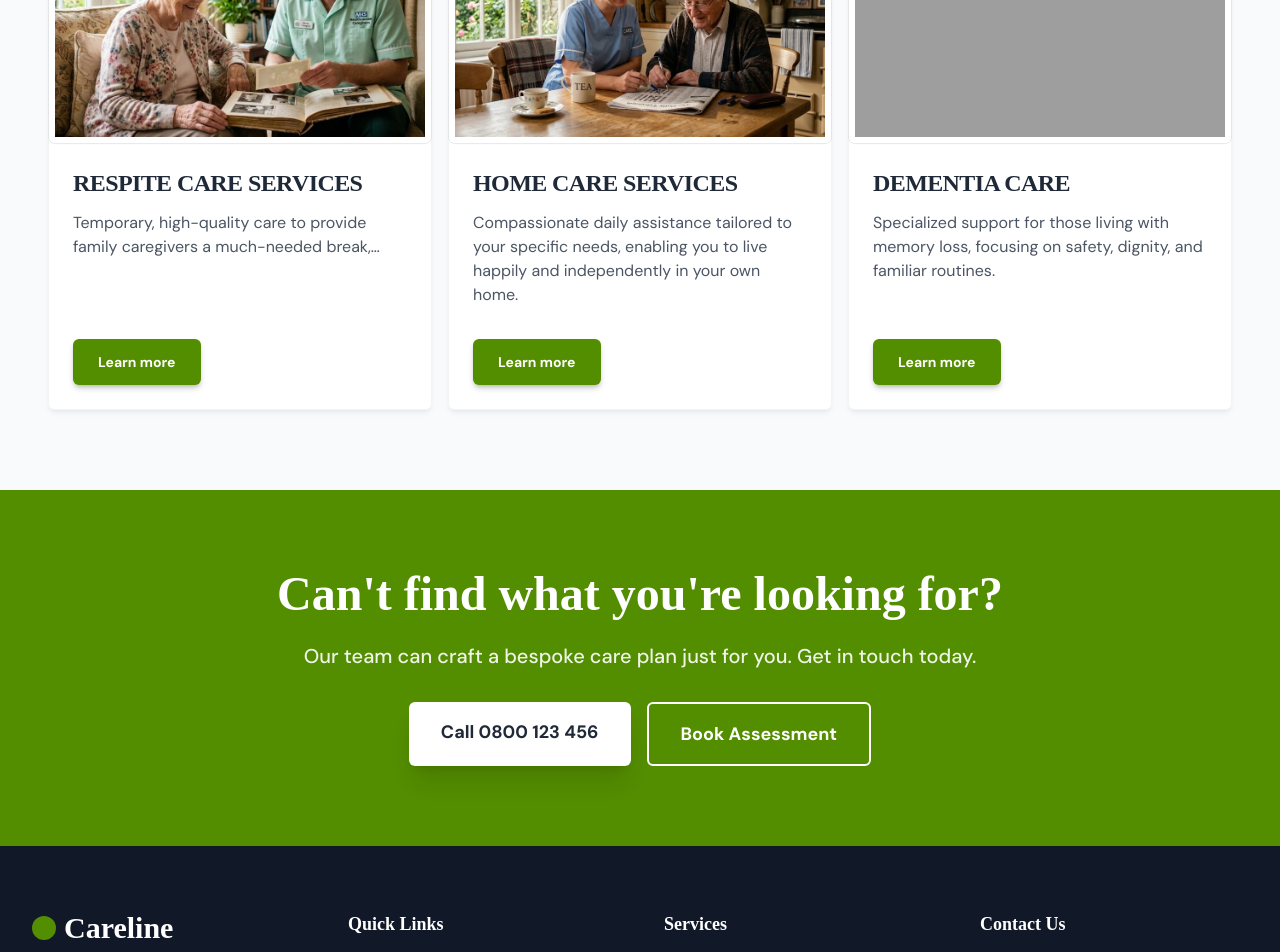
Repository: Iqbalhossen07/care
Page: http://localhost/services.php
These files come from the project's save history. The page is drawn as it stood at one moment and after the next save; the edit follows.
The browser window is 1280 px wide. The pictures show the part of the page from y = 525 to 1477 px (the page is 1760 px tall before and 1736 px after).
Pictures or frames that could not be fetched are drawn as grey boxes. Some web fonts or font styles are not loaded; a fallback is used. Some web libraries are served in a nearby version. The page is run by PHP 8.4 with error messages shown; the project is at /var/www/html/.

Above is the page before, as saved 2026-02-28 03:47:17.

### services.php
<?php include('head.php') ?>

<body class="font-body text-gray-600 antialiased bg-white">
    <?php include('header.php') ?>

    <section class="relative h-[250px] flex items-center overflow-hidden bg-darkText">
        <div class="absolute inset-0 z-0">
            <img src="https://images.unsplash.com/photo-1586762524442-db59706294ad?auto=format&fit=crop&w=1500&q=80"
                class="w-full h-full object-cover opacity-40" alt="Services Background">
            <div class="absolute inset-0 bg-gradient-to-r from-darkText via-darkText/80 to-transparent"></div>
        </div>

        <div class="max-w-7xl mx-auto px-6 lg:px-12 relative z-10 w-full">
            <nav class="flex mb-4" aria-label="Breadcrumb">
                <ol class="inline-flex items-center space-x-1 md:space-x-3 text-sm font-medium">
                    <li class="inline-flex items-center">
                        <a href="index.php"
                            class="text-gray-300 hover:text-brand transition-colors flex items-center gap-2">
                            <svg class="w-4 h-4" fill="currentColor" viewBox="0 0 20 20">
                                <path
                                    d="M10.707 2.293a1 1 0 00-1.414 0l-7 7a1 1 0 001.414 1.414L4 10.414V17a1 1 0 001 1h2a1 1 0 001-1v-2a1 1 0 011-1h2a1 1 0 011 1v2a1 1 0 001 1h2a1 1 0 001-1v-6.586l.293.293a1 1 0 001.414-1.414l-7-7z">
                                </path>
                            </svg>
                            Home
                        </a>
                    </li>
                    <li>
                        <div class="flex items-center">
                            <svg class="w-6 h-6 text-gray-500" fill="currentColor" viewBox="0 0 20 20">
                                <path fill-rule="evenodd"
                                    d="M7.293 14.707a1 1 0 010-1.414L10.586 10 7.293 6.707a1 1 0 011.414-1.414l4 4a1 1 0 010 1.414l-4 4a1 1 0 01-1.414 0z"
                                    clip-rule="evenodd"></path>
                            </svg>
                            <span class="ml-1 md:ml-2 text-brand font-bold uppercase tracking-widest">Our
                                Services</span>
                        </div>
                    </li>
                </ol>
            </nav>
            <h1 class="font-heading text-4xl md:text-5xl font-bold text-white mb-2">Our Specialist Services</h1>
            <p class="text-gray-300 text-lg max-w-2xl">Premium, compassionate care tailored to your everyday life,
                ensuring independence at home.</p>
        </div>
    </section>

    <section class="py-20 bg-lightBg">
        <div class="max-w-7xl mx-auto px-6 lg:px-12">
            <div class="grid grid-cols-1 md:grid-cols-2 lg:grid-cols-3 gap-8 md:gap-4">

                <div
                    class="bg-white rounded-md border border-gray-100 shadow-md shadow-black/5 hover:shadow-xl hover:shadow-black/10 transition-all duration-300 group flex flex-col">
                    <div
                        class="relative h-64 rounded-md overflow-hidden border-[6px] border-white shadow-sm ring-1 ring-black/5 ">
                        <img src="img/s1.jpg" alt="Respite Care"
                            class="w-full h-full object-cover transition-transform duration-700 group-hover:scale-110">
                        <div
                            class="absolute inset-0 bg-gradient-to-t from-darkText/40 to-transparent opacity-0 group-hover:opacity-100 transition-opacity duration-300">
                        </div>
                    </div>
                    <div class="flex-1 flex flex-col p-6">
                        <h3 class="font-heading text-2xl font-bold text-darkText mb-3 uppercase tracking-tight">Respite
                            Care Services</h3>
                        <p class="text-gray-600 mb-8 text-sm md:text-base leading-relaxed line-clamp-2">
                            Temporary, high-quality care to provide family caregivers a much-needed break, ensuring your
                            loved ones remain safe and comfortable.
                        </p>
                        <a href="service-details.php"
                            class="mt-auto self-start inline-flex items-center justify-center px-6 py-3 border border-transparent text-sm font-bold rounded-md text-white bg-brand hover:bg-brandDark shadow-md shadow-black/20 hover:shadow-lg hover:shadow-black/30 transition-all duration-300 transform hover:-translate-y-1">
                            Learn more
                        </a>
                    </div>
                </div>

                <div
                    class="bg-white rounded-md border border-gray-100 shadow-md shadow-black/5 hover:shadow-xl hover:shadow-black/10 transition-all duration-300 group flex flex-col">
                    <div
                        class="relative h-64 rounded-md overflow-hidden border-[6px] border-white shadow-sm ring-1 ring-black/5 ">
                        <img src="img/s2.jpg" alt="Home Care"
                            class="w-full h-full object-cover transition-transform duration-700 group-hover:scale-110">
                        <div
                            class="absolute inset-0 bg-gradient-to-t from-darkText/40 to-transparent opacity-0 group-hover:opacity-100 transition-opacity duration-300">
                        </div>
                    </div>
                    <div class="flex-1 flex flex-col p-6">
                        <h3 class="font-heading text-2xl font-bold text-darkText mb-3 uppercase tracking-tight">Home
                            Care Services</h3>
                        <p class="text-gray-600 mb-8 text-sm md:text-base leading-relaxed flex-1">
                            Compassionate daily assistance tailored to your specific needs, enabling you to live happily
                            and independently in your own home.
                        </p>
                        <a href="service-details.php"
                            class="mt-auto self-start inline-flex items-center justify-center px-6 py-3 border border-transparent text-sm font-bold rounded-md text-white bg-brand hover:bg-brandDark shadow-md shadow-black/20 hover:shadow-lg hover:shadow-black/30 transition-all duration-300 transform hover:-translate-y-1">
                            Learn more
                        </a>
                    </div>
                </div>

                <div
                    class="bg-white rounded-md border border-gray-100 shadow-md shadow-black/5 hover:shadow-xl hover:shadow-black/10 transition-all duration-300 group flex flex-col">
                    <div
                        class="relative h-64 rounded-md overflow-hidden border-[6px] border-white shadow-sm ring-1 ring-black/5 ">
                        <img src="https://images.unsplash.com/photo-1581578731548-c64695cc6952?auto=format&fit=crop&w=800&q=80"
                            alt="Dementia Care"
                            class="w-full h-full object-cover transition-transform duration-700 group-hover:scale-110">
                        <div
                            class="absolute inset-0 bg-gradient-to-t from-darkText/40 to-transparent opacity-0 group-hover:opacity-100 transition-opacity duration-300">
                        </div>
                    </div>
                    <div class="flex-1 flex flex-col p-6">
                        <h3 class="font-heading text-2xl font-bold text-darkText mb-3 uppercase tracking-tight">Dementia
                            Care</h3>
                        <p class="text-gray-600 mb-8 text-sm md:text-base leading-relaxed flex-1">
                            Specialized support for those living with memory loss, focusing on safety, dignity, and
                            familiar routines.
                        </p>
                        <a href="service-details.php"
                            class="mt-auto self-start inline-flex items-center justify-center px-6 py-3 border border-transparent text-sm font-bold rounded-md text-white bg-brand hover:bg-brandDark shadow-md shadow-black/20 hover:shadow-lg hover:shadow-black/30 transition-all duration-300 transform hover:-translate-y-1">
                            Learn more
                        </a>
                    </div>
                </div>

            </div>
        </div>
    </section>

    <section class="py-20 bg-brand text-center px-6">
        <div class="max-w-3xl mx-auto">
            <h2 class="font-heading text-3xl md:text-5xl font-bold text-white mb-6">Can't find what you're looking for?
            </h2>
            <p class="text-white/90 text-xl mb-8 font-medium">Our team can craft a bespoke care plan just for you. Get
                in touch today.</p>
            <div class="flex flex-col sm:flex-row justify-center gap-4">
                <a href="tel:0800123456"
                    class="bg-white text-darkText px-8 py-4 rounded-md font-bold text-lg hover:bg-gray-100 transition-colors shadow-xl shadow-black/10 transform hover:-translate-y-1 duration-300">
                    Call 0800 123 456
                </a>
                <a href="contact.php"
                    class="border-2 border-white text-white px-8 py-4 rounded-md font-bold text-lg hover:bg-white hover:text-brand transition-colors transform hover:-translate-y-1 duration-300">
                    Book Assessment
                </a>
            </div>
        </div>
    </section>

    <?php include('footer.php') ?>

    <script src="main.js"></script>
</body>

</html>

### head.php
<!DOCTYPE html>
<html lang="en" class="scroll-smooth">

<head>
    <meta charset="UTF-8">
    <meta name="viewport" content="width=device-width, initial-scale=1.0">
    <title>Careline | Premium UK Home Support</title>
    <link
        href="https://fonts.googleapis.com/css2?family=DM+Sans:wght@400;500;700&family=PT+Serif:ital,wght@0,400;0,700;1,400&display=swap"
        rel="stylesheet">
    <script src="https://cdn.tailwindcss.com"></script>
    <script>
    tailwind.config = {
        theme: {
            extend: {
                colors: {
                    brand: '#538d00',
                    brandDark: '#7ab81f',
                    darkText: '#1f2937',
                    lightBg: '#f9fafb'
                },
                fontFamily: {
                    heading: ['"PT Serif"', 'serif'],
                    body: ['"DM Sans"', 'sans-serif'],
                }
            }
        }
    }
    </script>

    <link rel="stylesheet" href="style.css?v=<?= time(); ?>">
</head>

### header.php
 <header class="bg-white/95 backdrop-blur-sm border-b border-gray-100 sticky top-0 z-50">
     <div class="max-w-7xl mx-auto px-4 sm:px-6 lg:px-8">
         <div class="flex justify-between items-center h-20">
             <a href="#" class="font-heading font-bold text-3xl text-darkText flex items-center gap-2">
                 <span class="w-8 h-8 rounded-full bg-brand inline-block shadow-md"></span>
                 Careline
             </a>

             <nav class="hidden md:flex space-x-8 items-center">
                 <a href="#home" class="text-gray-700 hover:text-brand font-medium transition-colors">Home</a>
                 <a href="#about" class="text-gray-700 hover:text-brand font-medium transition-colors">About Us</a>
                 <a href="services.php"
                     class="text-gray-700 hover:text-brand font-medium transition-colors">Services</a>
                 <a href="#why-us" class="text-gray-700 hover:text-brand font-medium transition-colors">Why Us</a>
                 <a href="#contact"
                     class="bg-brand text-white px-6 py-2.5 rounded-md font-bold hover:bg-brandDark shadow-md shadow-black/20 hover:shadow-lg hover:shadow-black/30 transition-all duration-300 transform hover:-translate-y-1">
                     Get Support
                 </a>
             </nav>

             <div class="md:hidden flex items-center">
                 <button id="mobile-menu-btn" class="text-gray-700 hover:text-brand focus:outline-none p-2">
                     <svg class="h-7 w-7" fill="none" viewBox="0 0 24 24" stroke="currentColor">
                         <path id="menu-icon" stroke-linecap="round" stroke-linejoin="round" stroke-width="2"
                             d="M4 6h16M4 12h16M4 18h16" />
                     </svg>
                 </button>
             </div>
         </div>
     </div>

     <div id="mobile-menu" class="hidden md:hidden bg-white border-t border-gray-100 absolute w-full shadow-xl">
         <div class="px-4 pt-2 pb-6 space-y-2">
             <a href="#home"
                 class="block px-3 py-3 text-base font-medium text-gray-700 hover:text-brand hover:bg-lightBg rounded-lg">Home</a>
             <a href="#about"
                 class="block px-3 py-3 text-base font-medium text-gray-700 hover:text-brand hover:bg-lightBg rounded-lg">About
                 Us</a>
             <a href="services.php"
                 class="block px-3 py-3 text-base font-medium text-gray-700 hover:text-brand hover:bg-lightBg rounded-lg">Services</a>
             <a href="#why-us"
                 class="block px-3 py-3 text-base font-medium text-gray-700 hover:text-brand hover:bg-lightBg rounded-lg">Why
                 Us</a>
             <a href="#contact"
                 class="block px-3 py-2 text-base font-bold text-white bg-brand text-center rounded-lg mt-4 shadow-md shadow-black/20 hover:shadow-lg hover:shadow-black/30 transition-all duration-300 transform hover:-translate-y-1">Get
                 Support</a>
         </div>
     </div>
 </header>

### footer.php
  <footer class="bg-[#111827] text-gray-300 py-16">
      <div class="max-w-7xl mx-auto px-6 lg:px-8">
          <div class="grid grid-cols-1 md:grid-cols-4 gap-12 border-b border-gray-800 pb-12 mb-8">
              <div class="col-span-1 md:col-span-1">
                  <a href="#" class="font-heading font-bold text-3xl text-white flex items-center gap-2 mb-4">
                      <span class="w-6 h-6 rounded-full bg-brand inline-block"></span>
                      Careline
                  </a>
                  <p class="text-sm text-gray-400 mb-6">Premium home support helping families across the United
                      Kingdom maintain independence and joy.</p>
              </div>

              <div>
                  <h4 class="text-white font-bold font-heading mb-4 text-lg">Quick Links</h4>
                  <ul class="space-y-3 text-sm">
                      <li><a href="#about" class="hover:text-brand transition-colors">About Us</a></li>
                      <li><a href="#services" class="hover:text-brand transition-colors">Our Services</a></li>
                      <li><a href="#" class="hover:text-brand transition-colors">Careers</a></li>
                      <li><a href="#" class="hover:text-brand transition-colors">Contact</a></li>
                  </ul>
              </div>

              <div>
                  <h4 class="text-white font-bold font-heading mb-4 text-lg">Services</h4>
                  <ul class="space-y-3 text-sm">
                      <li><a href="#" class="hover:text-brand transition-colors">Personal Care</a></li>
                      <li><a href="#" class="hover:text-brand transition-colors">Dementia Care</a></li>
                      <li><a href="#" class="hover:text-brand transition-colors">Live-in Care</a></li>
                      <li><a href="#" class="hover:text-brand transition-colors">Respite Care</a></li>
                  </ul>
              </div>

              <div>
                  <h4 class="text-white font-bold font-heading mb-4 text-lg">Contact Us</h4>
                  <ul class="space-y-3 text-sm">
                      <li class="flex items-center gap-2"><svg class="w-4 h-4 text-brand" fill="none"
                              stroke="currentColor" viewBox="0 0 24 24">
                              <path stroke-linecap="round" stroke-linejoin="round" stroke-width="2"
                                  d="M3 5a2 2 0 012-2h3.28a1 1 0 01.948.684l1.498 4.493a1 1 0 01-.502 1.21l-2.257 1.13a11.042 11.042 0 005.516 5.516l1.13-2.257a1 1 0 011.21-.502l4.493 1.498a1 1 0 01.684.949V19a2 2 0 01-2 2h-1C9.716 21 3 14.284 3 6V5z" />
                          </svg> 0800 123 456</li>
                      <li class="flex items-center gap-2"><svg class="w-4 h-4 text-brand" fill="none"
                              stroke="currentColor" viewBox="0 0 24 24">
                              <path stroke-linecap="round" stroke-linejoin="round" stroke-width="2"
                                  d="M3 8l7.89 5.26a2 2 0 002.22 0L21 8M5 19h14a2 2 0 002-2V7a2 2 0 00-2-2H5a2 2 0 00-2 2v10a2 2 0 002 2z" />
                          </svg> hello@careline.co.uk</li>
                      <li class="flex items-center gap-2"><svg class="w-4 h-4 text-brand" fill="none"
                              stroke="currentColor" viewBox="0 0 24 24">
                              <path stroke-linecap="round" stroke-linejoin="round" stroke-width="2"
                                  d="M17.657 16.657L13.414 20.9a1.998 1.998 0 01-2.827 0l-4.244-4.243a8 8 0 1111.314 0z" />
                              <path stroke-linecap="round" stroke-linejoin="round" stroke-width="2"
                                  d="M15 11a3 3 0 11-6 0 3 3 0 016 0z" />
                          </svg> London, United Kingdom</li>
                  </ul>
              </div>
          </div>

          <div class="flex flex-col md:flex-row justify-between items-center text-sm text-gray-500">
              <p>&copy; 2026 Careline UK. All rights reserved.</p>
              <div class="flex space-x-4 mt-4 md:mt-0">
                  <a href="#" class="hover:text-white transition-colors">Privacy Policy</a>
                  <a href="#" class="hover:text-white transition-colors">Terms of Service</a>
              </div>
              <p class="text-xs text-gray-600 mt-4 md:mt-0">Crafted with care by Sets Tech</p>
          </div>
      </div>
  </footer>

### style.css
@keyframes scroll-left {
  0% {
    transform: translateX(0);
  }

  100% {
    transform: translateX(-50%);
  }
}

.animate-marquee {
  display: flex;
  width: max-content;
  animation: scroll-left 60s linear infinite;
}

.animate-marquee:hover {
  animation-play-state: paused;
  /* Pause on hover so users can read */
}

.description {
  display: -webkit-box;
  -webkit-line-clamp: 2; /* কয় লাইন দেখাবে */
  -webkit-box-orient: vertical;
  overflow: hidden; /* এটি না থাকলে বাকি লেখাগুলো নিচে দেখা যাবে */
}

### main.js

    const btn = document.getElementById('mobile-menu-btn');
    const menu = document.getElementById('mobile-menu');
    const icon = document.getElementById('menu-icon');

    btn.addEventListener('click', () => {
        menu.classList.toggle('hidden');
        // Toggle hamburger / close icon
        if (menu.classList.contains('hidden')) {
            icon.setAttribute('d', 'M4 6h16M4 12h16M4 18h16');
        } else {
            icon.setAttribute('d', 'M6 18L18 6M6 6l12 12');
        }
    });

    // Close mobile menu when a link is clicked
    const mobileLinks = menu.querySelectorAll('a');
    mobileLinks.forEach(link => {
        link.addEventListener('click', () => {
            menu.classList.add('hidden');
            icon.setAttribute('d', 'M4 6h16M4 12h16M4 18h16');
        });
    });

After the next save:
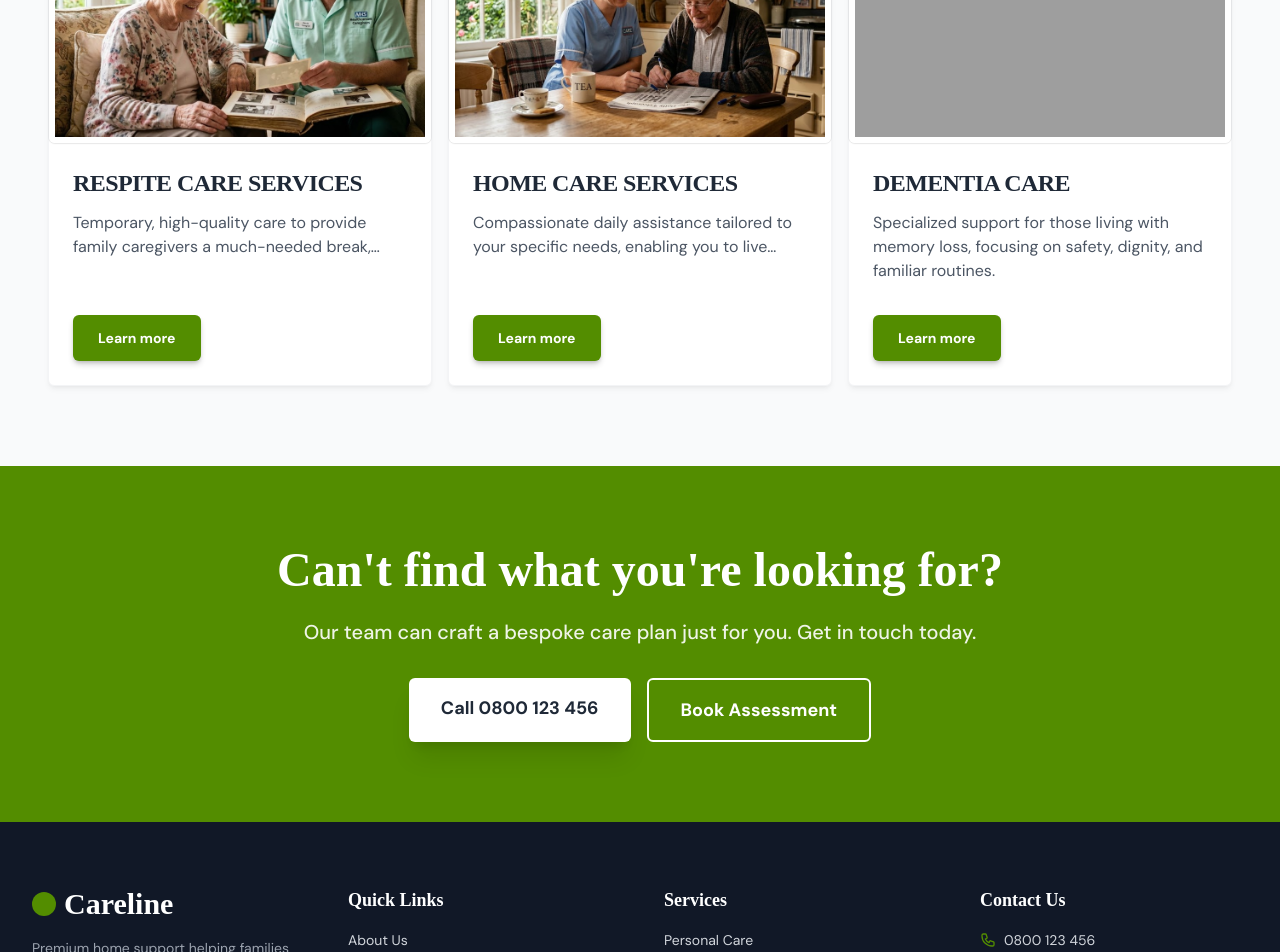
Saved 22 s later.
--- a/services.php
+++ b/services.php
@@ -84,7 +84,7 @@
                     <div class="flex-1 flex flex-col p-6">
                         <h3 class="font-heading text-2xl font-bold text-darkText mb-3 uppercase tracking-tight">Home
                             Care Services</h3>
-                        <p class="text-gray-600 mb-8 text-sm md:text-base leading-relaxed flex-1">
+                        <p class="text-gray-600 mb-8 text-sm md:text-base leading-relaxed line-clamp-2">
                             Compassionate daily assistance tailored to your specific needs, enabling you to live happily
                             and independently in your own home.
                         </p>
